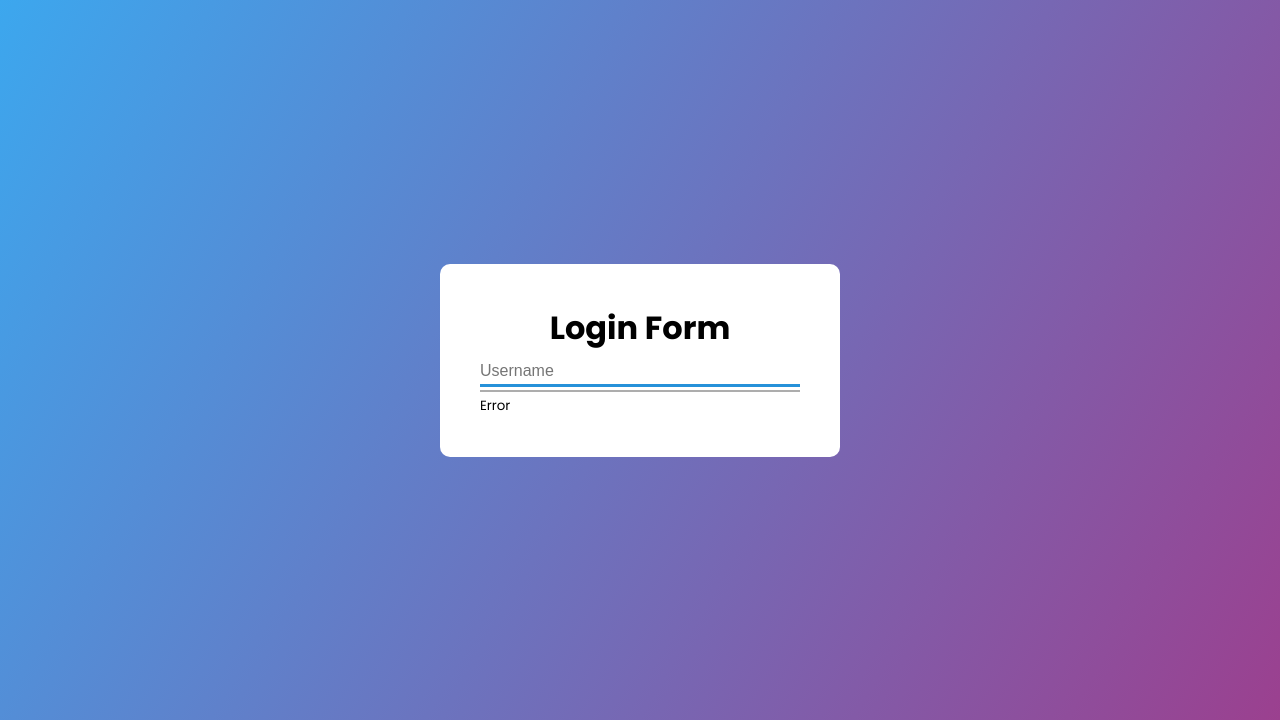
Repository: QUANGTHAI2003/Form-Validation
Page: index.html
These files come from the project's save history. The page is drawn as it stood at one moment and after the next save; the edit follows.
The browser window is 1280 px wide. The pictures show the whole page.

Above is the page before, as saved 2022-03-13 14:12:57.

After the next save:
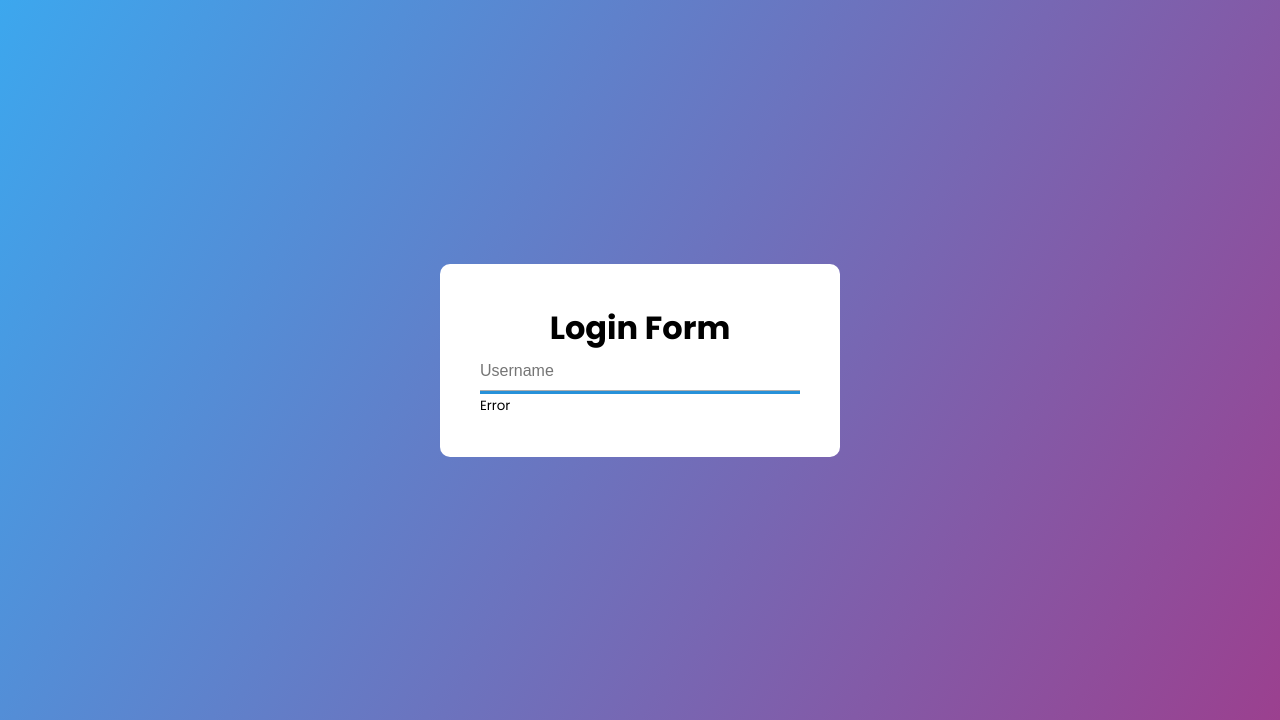
Saved 16 s later.
--- a/style.css
+++ b/style.css
@@ -50,7 +50,7 @@ body {
 .form-control span {
     position: absolute;
     border-bottom: 3px solid var(--success-color);
-    top: 50%;
+    top: 39px;
     left: 0;
     width: 100%;
 }
